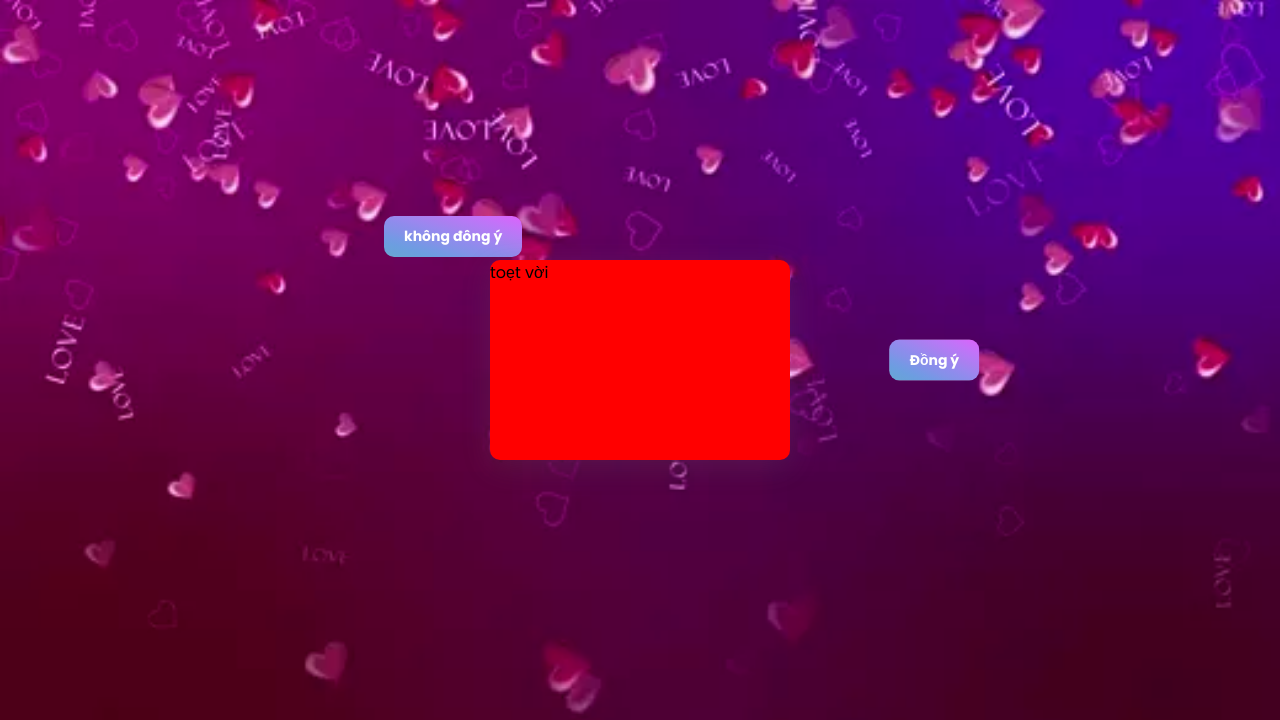
Repository: kuluong2000/love
Page: index.html
An editor plug-in stored every save of this project. The page is shown before and after the next save, followed by the edit.
The browser window is 1280 px wide. The pictures show the whole page.

Above is the page before, as saved 2022-06-04 22:25:35.

After the next save:
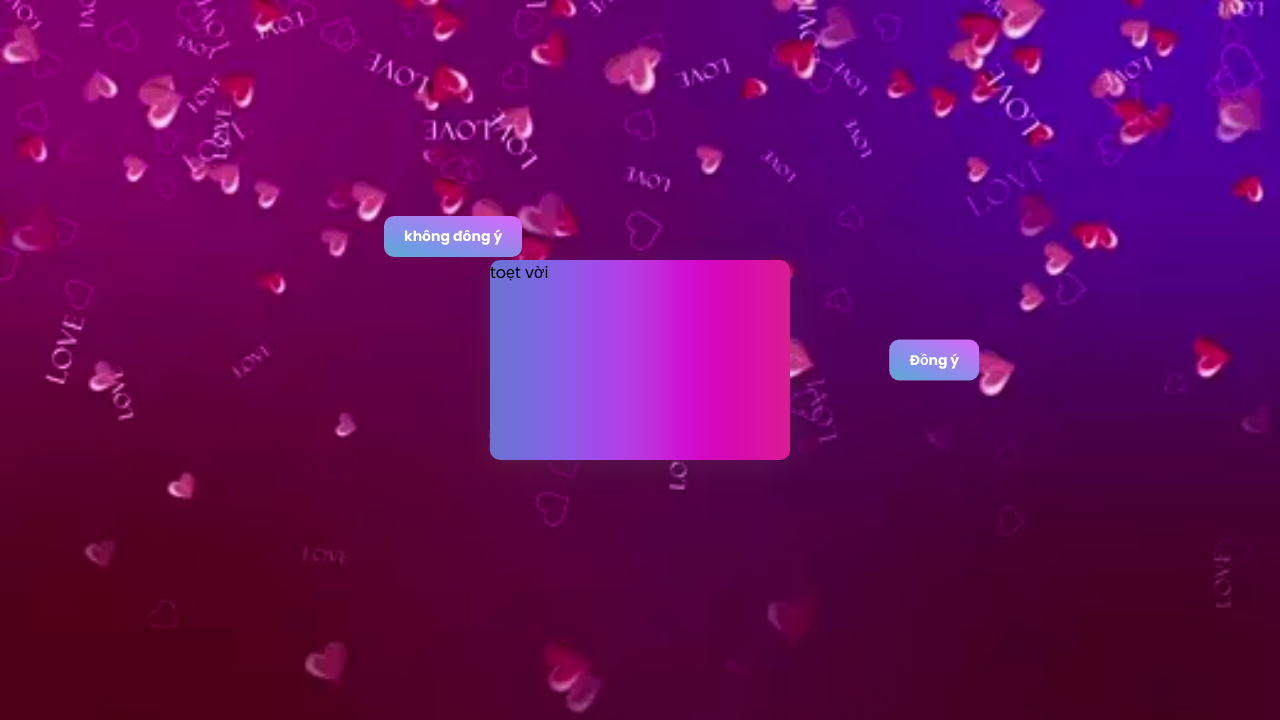
Saved 22 s later.
--- a/app.css
+++ b/app.css
@@ -66,6 +66,6 @@ body {
   height: 200px;
   border-radius: 10px;
   transform: translate(-50%, -50%);
-  background-color: red;
+  background-image: linear-gradient(to right, #6b74d1, #736ddb, #8065e3, #905ae8, #a34aeb, #b33ee4, #c12ddb, #ce12d2, #d508c1, #d808b0, #da12a1, #d91d93);
   box-shadow: rgba(100, 100, 111, 0.2) 0px 7px 29px 0px;
 }
